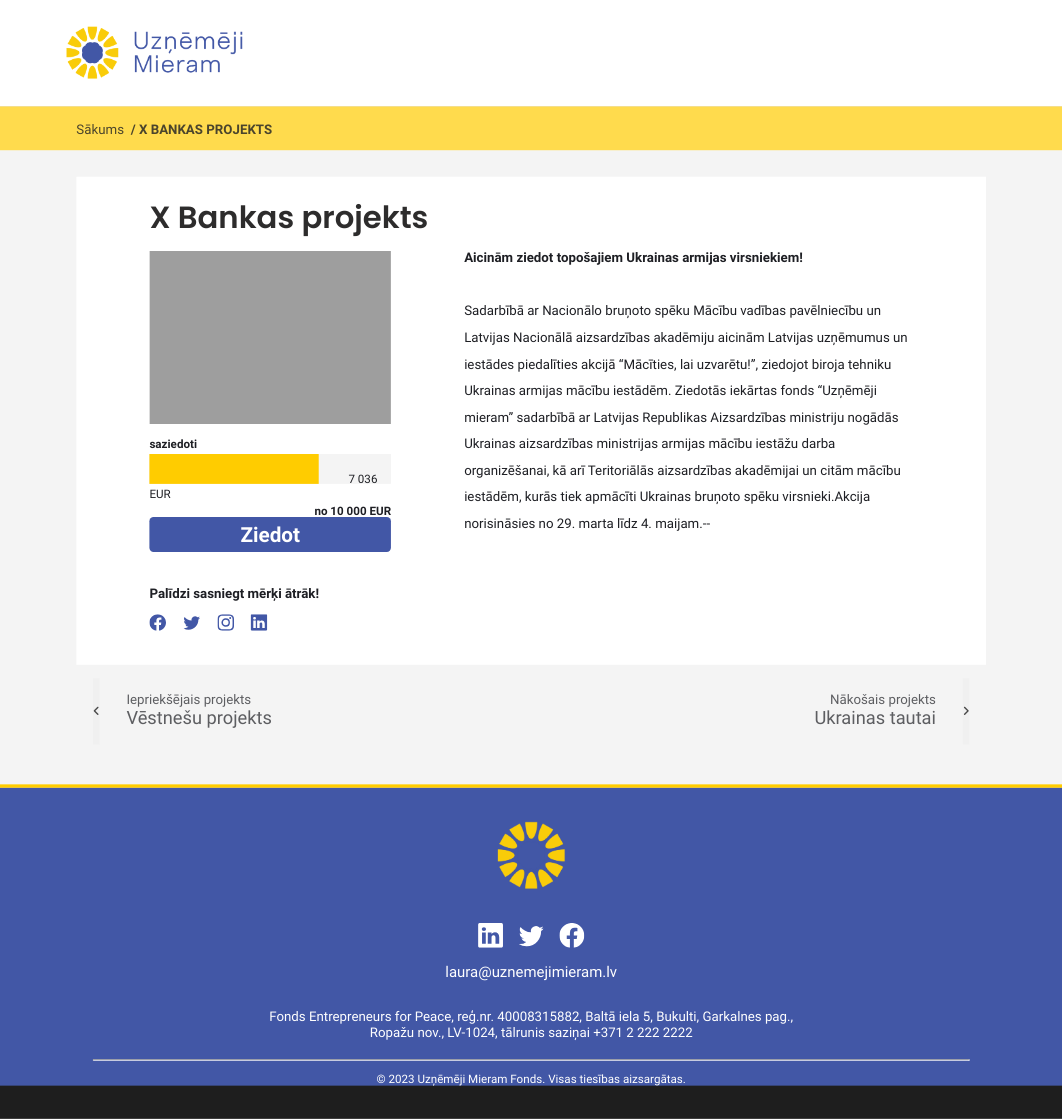
Repository: KatrinaPa/projekts11
Page: projekts-xbank.html
The author's editor kept a copy of each file at every save. The page is drawn from the files as they stood at one save, then again after the next save.
The browser window is 1280 px wide. The pictures show the whole page, at 83% of full size.
Pictures or frames that could not be fetched are drawn as grey boxes.

Above is the page before, as saved 2023-05-31 05:12:55.
Console error: TypeError: Cannot read properties of null (reading 'children')

After the next save:
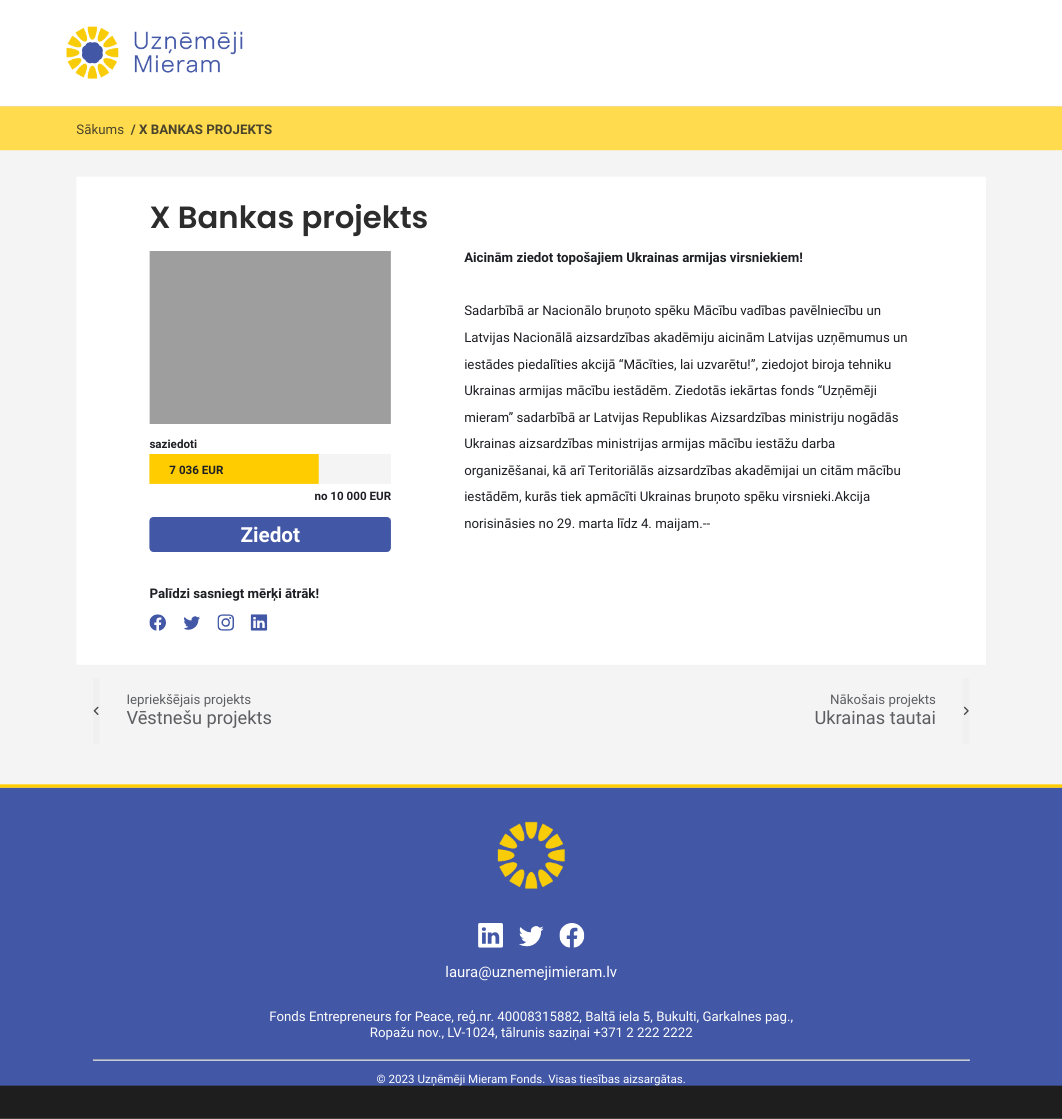
Saved 4 min 20 s later.
--- a/assets/projekti.css
+++ b/assets/projekti.css
@@ -140,6 +140,8 @@ h1 {
     font-size: 14px;
     left: 5rem;
     padding: 0.65rem 0 0 2rem;
+    position: absolute;
+    font-weight: 600;
 }
 
 .thMeter_raised p {
